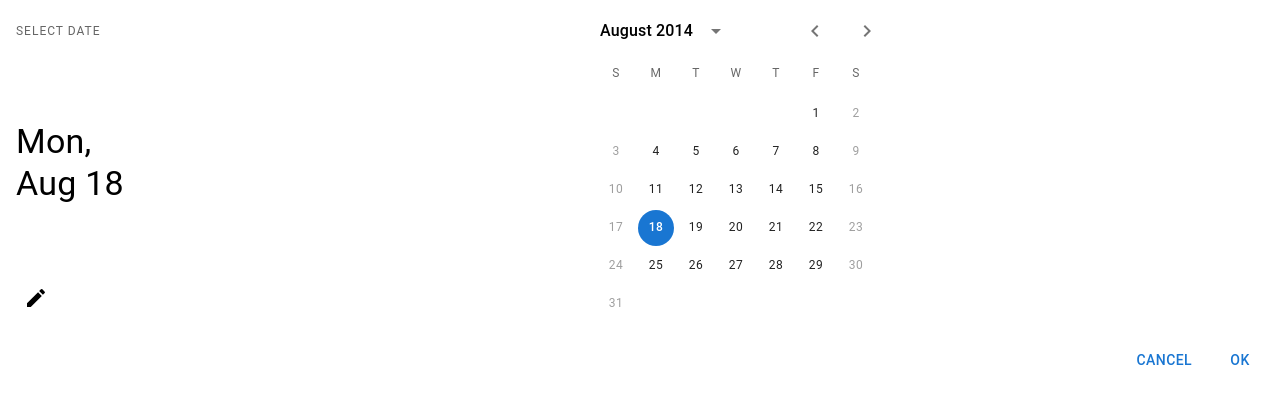
Repository: lplsz/Visionaries
Page: /expert_ava (app in frontend/)
The author's editor kept a copy of each file at every save. The page is drawn from the files as they stood at one save, then again after the next save.
The browser window is 1280 px wide. The pictures show the whole page.
The project was rebuilt for these pictures with package versions that can differ from the ones it lists, and the page was loaded fresh each time. Also part of the build but not shown: frontend/src/Main.jsx, frontend/src/component/HomeCard.jsx, frontend/src/component/StudentHeader.jsx, frontend/src/component/QACard.jsx, frontend/src/page/StudentMain.jsx, frontend/src/component/ExpertHeader.jsx, frontend/src/page/ExpertMain.jsx, frontend/src/page/StudentLogin.jsx and 4 more.

Above is the page before, as saved 2022-06-29 23:29:04.

After the next save:
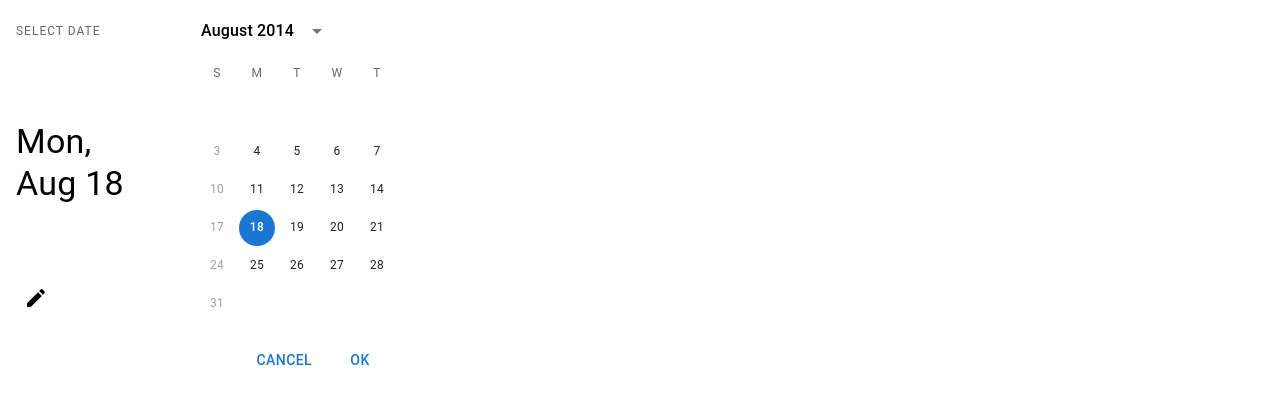
Saved 66 s later.
--- a/frontend/src/page/ExpertAva.jsx
+++ b/frontend/src/page/ExpertAva.jsx
@@ -11,18 +11,21 @@
     setValue(newValue);
   };
   return (
-    <LocalizationProvider dateAdapter={AdapterDateFns}>
-      <StaticDatePicker
-        orientation="landscape"
-        openTo="day"
-        value={value}
-        shouldDisableDate={isWeekend}
-        onChange={(newValue) => {
-          handleChangeTime(newValue);
-        }}
-        renderInput={(params) => <TextField {...params} />}
-      />
-    </LocalizationProvider>
+    <div style={{ width: '400px' }}>
+      <LocalizationProvider dateAdapter={AdapterDateFns}>
+        <StaticDatePicker
+          orientation="landscape"
+          openTo="day"
+          value={value}
+          shouldDisableDate={isWeekend}
+          onChange={(newValue) => {
+            handleChangeTime(newValue);
+          }}
+          renderInput={(params) => <TextField {...params} />}
+        />
+      </LocalizationProvider>
+    </div>
+
   )
 
 }
